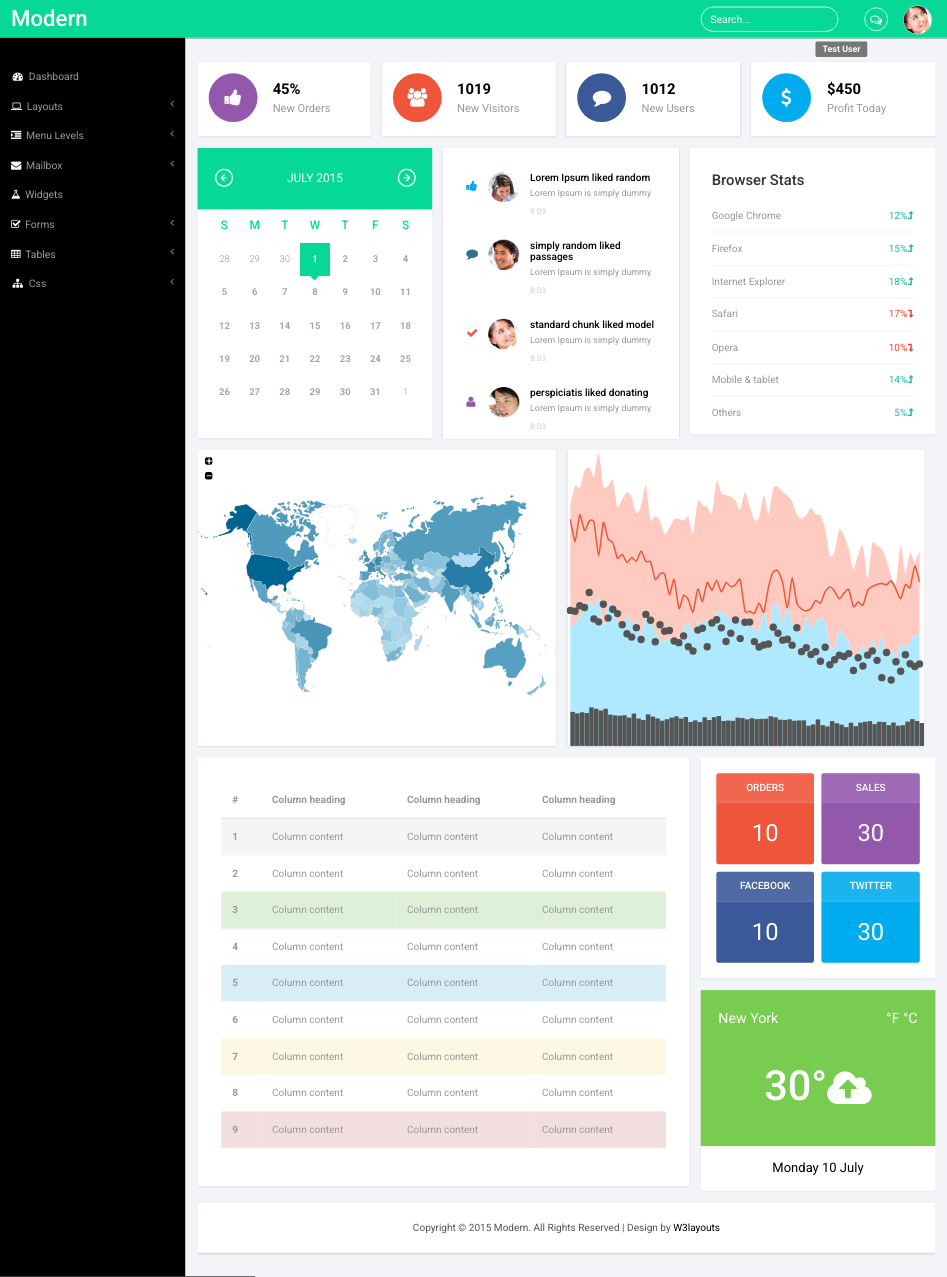
Repository: NomanMustafa/laravel-blog
Page: http://localhost/dashboard
An editor plug-in stored every save of this project. The page is shown before and after the next save, followed by the edit.
The browser window is 1280 px wide. The pictures show the whole page, at 74% of full size.
The page is served by the project's Laravel application, run on PHP 8.4 with Laravel 8. A made-up administrator, Test User (test@example.com), is signed in. Other server files are loaded and not shown.

Above is the page before, as saved 2020-07-05 00:35:33.

### routes/web.php
<?php

use Illuminate\Support\Facades\Route;

/*
|--------------------------------------------------------------------------
| Web Routes
|--------------------------------------------------------------------------
|
| Here is where you can register web routes for your application. These
| routes are loaded by the RouteServiceProvider within a group which
| contains the "web" middleware group. Now create something great!
|
 */

// Route::get('/', function () {
//     return view('welcome');
// });
Route::get('/', 'PublicControler@index')->name('index');
Route::get('post/{id}', 'PublicControler@singlePost')->name('singlePost');
Route::get('/about', 'PublicControler@about')->name('about');
Route::get('/contect', 'PublicControler@contect')->name('contect');
Route::post('/contect', 'PublicControler@contectPost')->name('contectPost');

Auth::routes();
Route::get('/dashboard', 'HomeController@index')->name('dashboard');

Route::prefix('admin')->group(function(){
    Route::get('/dashboard' , 'AdminController@dashboard')->name('adminDashboard');
});

### resources/views/includes/admin/headerNavigation.blade.php
<div class="navbar-header">
     <button type="button" class="navbar-toggle" data-toggle="collapse" data-target=".navbar-collapse">
         <span class="sr-only">Toggle navigation</span>
         <span class="icon-bar"></span>
         <span class="icon-bar"></span>
         <span class="icon-bar"></span>
     </button>
     <a class="navbar-brand" href="index.html">Modern</a>
 </div>
 <!-- /.navbar-header -->
 <ul class="nav navbar-nav navbar-right">
     <li class="dropdown">
         <a href="#" class="dropdown-toggle" data-toggle="dropdown" aria-expanded="false"><i class="fa fa-comments-o"></i></a> <span class="badge">{{ Auth::user()->name }}</span>

     <li class="dropdown">
         <a href="#" class="dropdown-toggle avatar" data-toggle="dropdown"><img src="{{ asset('admin/assets/images/1.png') }}"></a>
         <ul class="dropdown-menu">


             <li class="m_2"><a href="#"><i class="fa fa-lock"></i> Logout</a></li>
         </ul>
     </li>
 </ul>
 <form class="navbar-form navbar-right">
     <input type="text" class="form-control" value="Search..." onfocus="this.value = '';" onblur="if (this.value == '') {this.value = 'Search...';}">
 </form>

### resources/views/includes/admin/sideBar.blade.php
<div class="navbar-default sidebar" role="navigation">
                <div class="sidebar-nav navbar-collapse">
                    <ul class="nav" id="side-menu">
                        <li>
                            <a href="index.html"><i class="fa fa-dashboard fa-fw nav_icon"></i>Dashboard</a>
                        </li>
                        <li>
                            <a href="#"><i class="fa fa-laptop nav_icon"></i>Layouts<span class="fa arrow"></span></a>
                            <ul class="nav nav-second-level">
                                <li>
                                    <a href="grids.html">Grid System</a>
                                </li>
                            </ul>
                            <!-- /.nav-second-level -->
                        </li>
                        <li>
                            <a href="#"><i class="fa fa-indent nav_icon"></i>Menu Levels<span class="fa arrow"></span></a>
                            <ul class="nav nav-second-level">
                                <li>
                                    <a href="graphs.html">Graphs</a>
                                </li>
                                <li>
                                    <a href="typography.html">Typography</a>
                                </li>
                            </ul>
                            <!-- /.nav-second-level -->
                        </li>
                        <li>
                            <a href="#"><i class="fa fa-envelope nav_icon"></i>Mailbox<span class="fa arrow"></span></a>
                            <ul class="nav nav-second-level">
                                <li>
                                    <a href="inbox.html">Inbox</a>
                                </li>
                                <li>
                                    <a href="compose.html">Compose email</a>
                                </li>
                            </ul>
                            <!-- /.nav-second-level -->
                        </li>
                        <li>
                            <a href="widgets.html"><i class="fa fa-flask nav_icon"></i>Widgets</a>
                        </li>
                         <li>
                            <a href="#"><i class="fa fa-check-square-o nav_icon"></i>Forms<span class="fa arrow"></span></a>
                            <ul class="nav nav-second-level">
                                <li>
                                    <a href="forms.html">Basic Forms</a>
                                </li>
                                <li>
                                    <a href="validation.html">Validation</a>
                                </li>
                            </ul>
                            <!-- /.nav-second-level -->
                        </li>
                        <li>
                            <a href="#"><i class="fa fa-table nav_icon"></i>Tables<span class="fa arrow"></span></a>
                            <ul class="nav nav-second-level">
                                <li>
                                    <a href="basic_tables.html">Basic Tables</a>
                                </li>
                            </ul>
                            <!-- /.nav-second-level -->
                        </li>
                        <li>
                            <a href="#"><i class="fa fa-sitemap fa-fw nav_icon"></i>Css<span class="fa arrow"></span></a>
                            <ul class="nav nav-second-level">
                                <li>
                                    <a href="media.html">Media</a>
                                </li>
                                <li>
                                    <a href="login.html">Login</a>
                                </li>
                            </ul>
                            <!-- /.nav-second-level -->
                        </li>
                    </ul>
                </div>
                <!-- /.sidebar-collapse -->
            </div>
            <!-- /.navbar-static-side -->

### public/admin/assets/css/lines.css

.rickshaw_graph .detail {
	pointer-events: none;
	position: absolute;
	top: 0;
	z-index: 2;
	background: rgba(0, 0, 0, 0.1);
	bottom: 0;
	width: 1px;
	transition: opacity 0.25s linear;
	-moz-transition: opacity 0.25s linear;
	-o-transition: opacity 0.25s linear;
	-webkit-transition: opacity 0.25s linear;
}
.rickshaw_graph .detail.inactive {
	opacity: 0;
}
.rickshaw_graph .detail .item.active {
	opacity: 1;
}
.rickshaw_graph .detail .x_label {
	font-family: Arial, sans-serif;
	border-radius: 3px;
	padding: 6px;
	opacity: 0.5;
	border: 1px solid #e0e0e0;
	font-size: 12px;
	position: absolute;
	background: white;
	white-space: nowrap;
}
.rickshaw_graph .detail .x_label.left {
	left: 0;
}
.rickshaw_graph .detail .x_label.right {
	right: 0;
}
.rickshaw_graph .detail .item {
	position: absolute;
	z-index: 2;
	border-radius: 3px;

	font-size: 12px;
	font-family: Arial, sans-serif;
	opacity: 0;
	background: rgba(0, 0, 0, 0.4);
	color: white;
	border: 1px solid rgba(0, 0, 0, 0.4);
	margin-left: 1em;
	margin-right: 1em;
	margin-top: -1em;
	white-space: nowrap;
}
.rickshaw_graph .detail .item.left {
	left: 0;
}
.rickshaw_graph .detail .item.right {
	right: 0;
}
.rickshaw_graph .detail .item.active {
	opacity: 1;
	background: rgba(0, 0, 0, 0.8);
}
.rickshaw_graph .detail .item:after {
	position: absolute;
	display: block;
	width: 0;
	height: 0;

	content: "";

	border: 5px solid transparent;
}
.rickshaw_graph .detail .item.left:after {
	top: 1em;
	left: -5px;
	margin-top: -5px;
	border-right-color: rgba(0, 0, 0, 0.8);
	border-left-width: 0;
}
.rickshaw_graph .detail .item.right:after {
	top: 1em;
	right: -5px;
	margin-top: -5px;
	border-left-color: rgba(0, 0, 0, 0.8);
	border-right-width: 0;
}
.rickshaw_graph .detail .dot {
	width: 4px;
	height: 4px;
	margin-left: -3px;
	margin-top: -3.5px;
	border-radius: 5px;
	position: absolute;
	box-shadow: 0 0 2px rgba(0, 0, 0, 0.6);
	box-sizing: content-box;
	-moz-box-sizing: content-box;
	background: white;
	border-width: 2px;
	border-style: solid;
	display: none;
	background-clip: padding-box;
}
.rickshaw_graph .detail .dot.active {
	display: block;
}
/* graph */
#chart {
  width: 649px !important;
  height: 400px !important;
  background-color: #fff;
}
.rickshaw_graph {
	position: relative;
}
.rickshaw_graph svg {
  display: block;
  overflow: hidden;
}
@media (max-width:1366px){
#chart {
  width:533px !important;
}
}
@media (max-width:1280px){
#chart {
  width:483px !important;
}
canvas#doughnut, canvas#line, canvas#polarArea, #bar, #pie, #radar {
  width: 308px !important;
  height: 220px !important;
}
}
@media (max-width:1024px){
#chart {
  width:360px !important;
  height:300px !important;
}
}
@media (max-width:768px){
#chart {
  width:468px !important;
  height: 300px !important;
}
}
@media (max-width:736px){
#chart {
  width:685px !important;
  height: 300px !important;
}
}
@media (max-width:640px){
#chart {
  width:580px !important;
  height:250px !important;
}
}
@media (max-width:540px){
#chart {
  width:464px !important;
  height:250px !important;
}
}
@media (max-width:480px){
#chart {
  width:447px !important;
  height:250px !important;
}
}
@media (max-width:320px){
#chart {
  width:298px !important;
  height:250px !important;
}
.copy {
  padding: 10px;
}
.copy p{
  font-size:13px;
}
.btn-group-lg>.btn, .btn-lg {
  padding: 6px 7px;
  font-size: 16px;
}
.label {
  font-size: 56%;
}
.pagination-lg>li>a, .pagination-lg>li>span {
  padding: 8px 13px;
  font-size: 15px;
}
.nav>li>a {
  padding: 7px 8px;
}
.modal-dialog {
  width: 245px !important;
}
}

### public/admin/assets/css/custom.css
#wrapper {
    width: 100%;
}
#page-wrapper {
    /*--padding: 0 15px;--*/
    min-height: 568px;
    background-color: #fff;
}

@media(min-width:768px) {
    #page-wrapper {
        position: inherit;
        margin: 0 0 0 250px;
        /*--padding: 0 30px;--*/
        border-left: 1px solid #e7e7e7;
    }
}

.navbar-top-links {
    margin-right: 0;
}

.navbar-top-links li {
    display: inline-block;
}

.navbar-top-links li:last-child {
    margin-right: 15px;
}

.navbar-top-links li a {
    padding: 15px;
    min-height: 50px;
}

.navbar-top-links .dropdown-menu li {
    display: block;
}

.navbar-top-links .dropdown-menu li:last-child {
    margin-right: 0;
}

.navbar-top-links .dropdown-menu li a {
    padding: 3px 20px;
    min-height: 0;
}

.navbar-top-links .dropdown-menu li a div {
    white-space: normal;
}

.navbar-top-links .dropdown-messages,
.navbar-top-links .dropdown-tasks,
.navbar-top-links .dropdown-alerts {
    width: 310px;
    min-width: 0;
}
.navbar-top-links .dropdown-messages {
    margin-left: 5px;
}
.navbar-top-links .dropdown-tasks {
    margin-left: -59px;
}

.navbar-top-links .dropdown-alerts {
    margin-left: -123px;
}

.navbar-top-links .dropdown-user {
    right: 0;
    left: auto;
}

.sidebar .sidebar-nav.navbar-collapse {
    padding-right: 0;
    padding-left: 0;
}

.sidebar .sidebar-search {
    padding: 15px;
}
.sidebar .arrow {
    float: right;
}

.sidebar .fa.arrow:before {
    content: "\f104";
}

.sidebar .active>a>.fa.arrow:before {
    content: "\f107";
}

.sidebar .nav-second-level li,
.sidebar .nav-third-level li {
    border-bottom: 0!important;
}

.sidebar .nav-second-level li a {
    padding-left: 37px;
}

.sidebar .nav-third-level li a {
    padding-left: 52px;
}

@media(min-width:768px) {
    .sidebar {
        z-index: 1;
        position: absolute;
        width: 250px;
        margin-top: 51px;
    }

    .navbar-top-links .dropdown-messages,
    .navbar-top-links .dropdown-tasks,
    .navbar-top-links .dropdown-alerts {
        margin-left: auto;
    }
}

### public/admin/assets/css/clndr.css
.cal1{
   background: #fff;
   margin-bottom: 1em;
   min-height: 392px;
}
.noselect {
  -webkit-user-select: none;
  /* Chrome/Safari */
  -moz-user-select: none;
  /* Firefox */
  -ms-user-select: none;
  /* IE10+ */
}
.cal1 .clndr .clndr-controls {
    position: relative;
  	color: #FFF;
	font-size: 1em;
	font-weight:400;
	text-transform: uppercase;
	padding:30px 20px;
	text-align: center;
	background-color:rgb(6, 217, 149);
}
.cal1 .clndr .clndr-controls .month {
   text-align:center;
}
.cal1 .clndr .clndr-controls .clndr-control-button .clndr-next-button {
  position:absolute;
  right:20px;
  top:25px;
  width:30px;
  height:30px;
  text-indent: -4000px;
  background: url(../images/arrow-right.png) no-repeat 0px;
  cursor: pointer;
  -webkit-user-select: none;
  /* Chrome/Safari */
  -moz-user-select: none;
  /* Firefox */
  -ms-user-select: none;
  /* IE10+ */
}
.cal1 .clndr .clndr-controls .clndr-control-button .clndr-next-button.inactive:hover {
  cursor: default;
}
.cal1 .clndr .clndr-controls .clndr-control-button .clndr-previous-button {
   position:absolute;
   left:20px;
   top:25px;
   width:30px;
   height:30px;
  text-indent: -4000px;
  background: url(../images/arrow-left.png) no-repeat 0px;
  cursor: pointer;
  -webkit-user-select: none;
  /* Chrome/Safari */
  -moz-user-select: none;
  /* Firefox */
  -ms-user-select: none;
  /* IE10+ */
}
.cal1 .clndr .clndr-controls .clndr-control-button .clndr-previous-button.inactive:hover {
   cursor: default;
}
.cal1 .clndr .clndr-table {
  table-layout: fixed;
  width:90%;
  margin:0 auto;
}
.cal1 .clndr .clndr-table .header-days {
   font-size:1em;
   font-weight:500;
}
.cal1 .clndr .clndr-table .header-days .header-day {
  vertical-align: middle;
  text-align: center;
  color:rgb(6, 217, 149);
}
.cal1 .clndr .clndr-table tr {
    height:45px;
}
.cal1 .clndr .clndr-table tr td {
  vertical-align: top;
}
.cal1 .clndr .clndr-table tr .day {
  width: 100%;
  height: inherit;
  color: #A6A6A6;
  vertical-align: middle;
  cursor: pointer;
  -webkit-transition: all 0.3s ease-in-out;
  -moz-transition: all 0.3s ease-in-out;
  -o-transition: all 0.3s ease-in-out;
  transition: all 0.3s ease-in-out;
  font-weight: 700;
}
.cal1 .clndr .clndr-table tr .day.today {
  	 background:rgb(6, 217, 149);
	 color: #FFF;
	 position:relative;
}
.cal1 .clndr .clndr-table tr .day.today:after {
	content: '';
	position: absolute;
	left: 14px;
	bottom: -6px;
	border-left: 6px solid rgba(0, 0, 0, 0);
	border-right: 6px solid rgba(0, 0, 0, 0);
	border-top: 6px solid rgb(6, 217, 149);
}
.cal1 .clndr .clndr-table tr .day.today:hover {
  	color: #FFF;
  	background:rgb(2, 208, 142);
}
.cal1 .clndr .clndr-table tr .day:hover{
	color: #FFF;
  	background:rgb(2, 199, 135);
}
.cal1 .clndr .clndr-table tr .day.today.event {
     background:rgb(6, 217, 149);
	 color:#FFF;
}
.day.today.event:hover{
	background:#096e9a;
	color:#FFF;
}
.cal1 .clndr .clndr-table tr .day .day-contents {
  box-sizing: border-box;
  font-size:0.8em;
  text-align:center;
  cursor:pointer;
}
.cal1 .clndr .clndr-table tr .empty,
.cal1 .clndr .clndr-table tr .adjacent-month {
  width: 100%;
  height: inherit;
  color: #989898;
  font-weight: 300;
}
@media all and (max-width:1024px){
	.cal1 .clndr .clndr-table tr .day.today:after{
		left:20px;
	}
	.cal1 .clndr .clndr-controls {
  font-size: 0.85em;
  padding: 20px 10px;
}
.cal1 .clndr .clndr-controls .clndr-control-button .clndr-previous-button {
  left: 10px;
  top: 14px;
}
.cal1 .clndr .clndr-controls .clndr-control-button .clndr-next-button {
  right: 10px;
  top: 14px;
}
.cal1 .clndr .clndr-table .header-days {
  font-size: 12px;
}
.cal1 .clndr .clndr-table tr {
  height: 35px;
  font-size: 12px;
}
.cal1 {
  min-height: 280px;
}
}
@media all and (max-width:800px){
	.cal1 .clndr .clndr-table tr .day.today:after{
		left:13px;
	}
}
@media all and (max-width:640px){
	.cal1 .clndr .clndr-table tr{
		height:35px;
	}
	.cal1 .clndr .clndr-table tr .day.today:after{
		left:10px;
	}
}
@media all and (max-width:480px){
	.cal1 .clndr .clndr-table tr .day.today:after{
		left:24px;
	}
}
@media all and (max-width:320px) {
	.cal1 .clndr .clndr-table tr {
		height: 35px;
	}
	.cal1 .clndr .clndr-table tr .day.today:after{
		left:15px;
	}
}

### public/admin/assets/css/jqvmap.css
/*!
 * jQVMap Version 1.0
 *
 * http://jqvmap.com
 *
 * Copyright 2012, Peter Schmalfeldt <manifestinteractive@gmail.com>
 * Licensed under the MIT license.
 *
 * Fork Me @ https://github.com/manifestinteractive/jqvmap
 */
.jqvmap-label
{
	position: absolute;
	display: none;
	-webkit-border-radius: 3px;
	-moz-border-radius: 3px;
	border-radius: 3px;
	background: #292929;
	color: white;
	font-family: sans-serif, Verdana;
	font-size: smaller;
	padding: 3px;
}
.jqvmap-zoomin, .jqvmap-zoomout
{
  position: absolute;
  left: 10px;
  -webkit-border-radius: 3px;
  -moz-border-radius: 3px;
  border-radius: 3px;
  background: #000000;
  padding: 1px;
  color: white;
  width: 10px;
  height: 10px;
  cursor: pointer;
  line-height: 9px;
  text-align: center;
}
.jqvmap-zoomin
{
	top: 10px;
}
.jqvmap-zoomout
{
	top: 30px;
}
.jqvmap-region
{
  cursor: pointer;
}
.jqvmap-ajax_response
{
  width: 100%;
  height: 500px;
}

Loaded but not shown: app/Providers/AppServiceProvider.php (common file); app/Http/Controllers/Auth/LoginController.php (common file); app/Http/Controllers/Controller.php (common file); app/Http/Controllers/Auth/ConfirmPasswordController.php (common file); app/User.php (common file); app/Http/Controllers/HomeController.php (common file); public/admin/assets/css/bootstrap.min.css (library); public/admin/assets/css/font-awesome.css (library); public/admin/assets/js/jquery.min.js (library); public/admin/assets/js/metisMenu.min.js (common file); public/admin/assets/js/d3.v3.js (library); public/admin/assets/js/underscore-min.js (library); public/admin/assets/js/moment-2.2.1.js (library); public/admin/assets/js/jquery.vmap.js (library); public/admin/assets/js/jquery.vmap.sampledata.js (common file); public/admin/assets/js/jquery.vmap.world.js (library); public/admin/assets/js/bootstrap.min.js (library); public/admin/assets/js/rickshaw.js (3908 lines, source omitted); public/admin/assets/js/clndr.js (833 lines, source omitted); public/admin/assets/js/site.js (90 lines, source omitted); public/admin/assets/js/custom.js (36 lines, source omitted); public/admin/assets/css/style.css (2713 lines, source omitted); resources/views/dashboard.blade.php (156 lines, source omitted); resources/views/layouts/admin.blade.php (257 lines, source omitted)

After the next save:
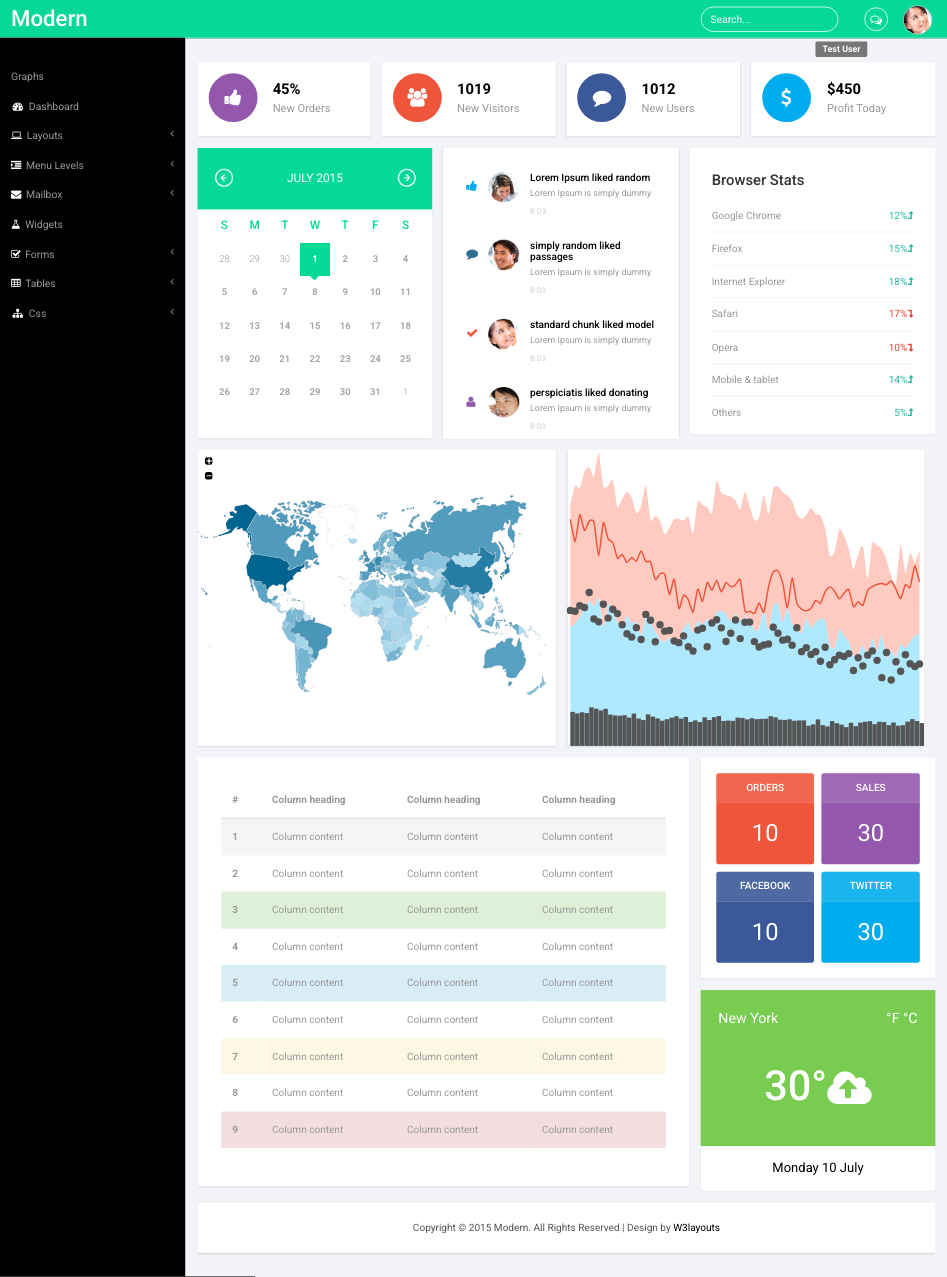
Saved 8 min 53 s later.
--- a/resources/views/includes/admin/sideBar.blade.php
+++ b/resources/views/includes/admin/sideBar.blade.php
@@ -1,6 +1,9 @@
 <div class="navbar-default sidebar" role="navigation">
                 <div class="sidebar-nav navbar-collapse">
                     <ul class="nav" id="side-menu">
+                    <li>
+                                    <a href="graphs.html">Graphs</a>
+                                </li>
                         <li>
                             <a href="index.html"><i class="fa fa-dashboard fa-fw nav_icon"></i>Dashboard</a>
                         </li>
